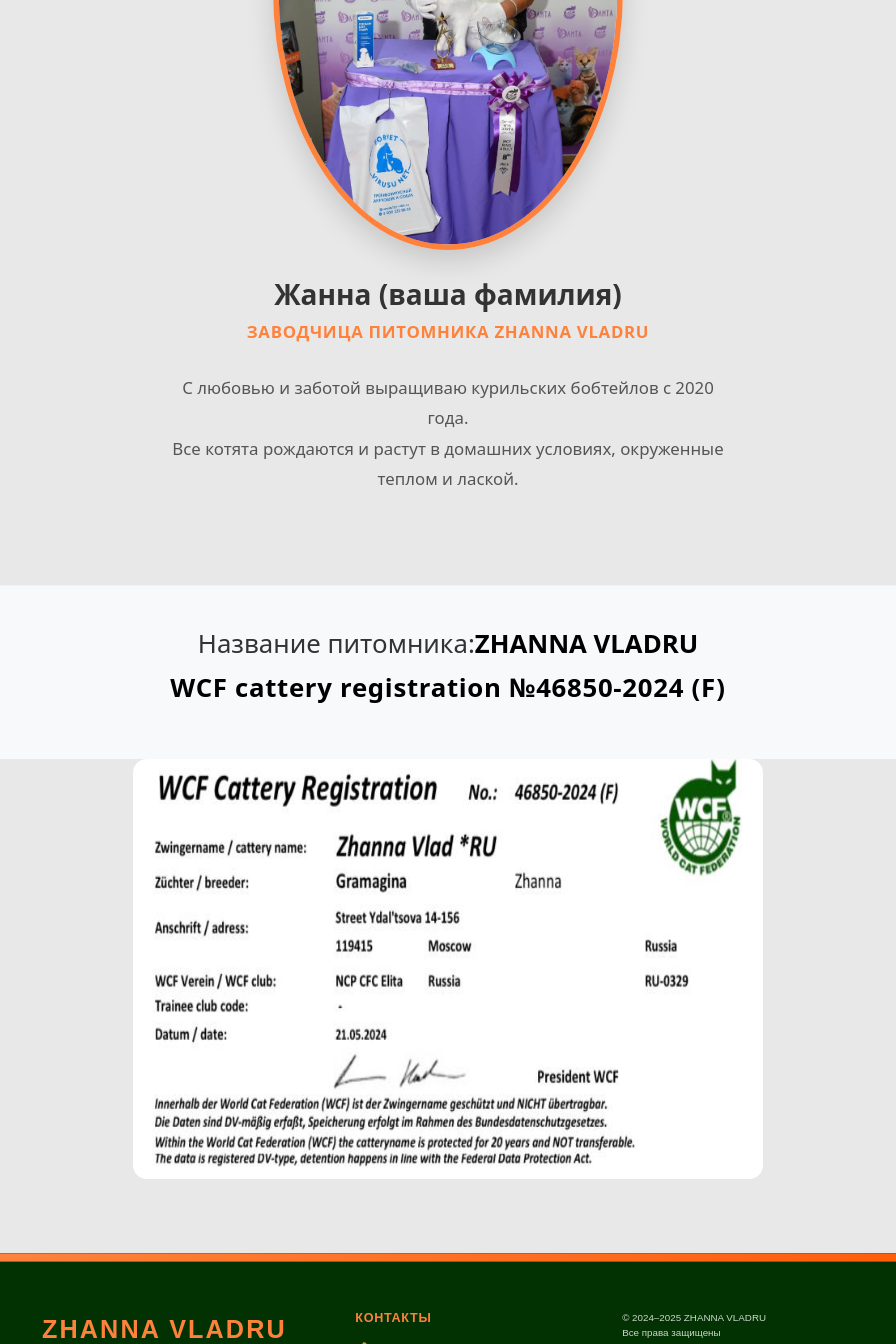
Repository: uliana007/Kuril-bobtails
Page: pages/benefits.html
The author's editor kept a copy of each file at every save. The page is drawn from the files as they stood at one save, then again after the next save.
The browser window is 1280 px wide. The pictures show the part of the page from y = 655 to 2575 px (the page is 2949 px tall), at 70% of full size.
A picture or video elsewhere on the page could not be fetched, so the positions and the page height are approximate.

Above is the page before, as saved 2025-11-27 19:22:08.
Console error: TypeError: Cannot read properties of null (reading 'addEventListener')

After the next save:
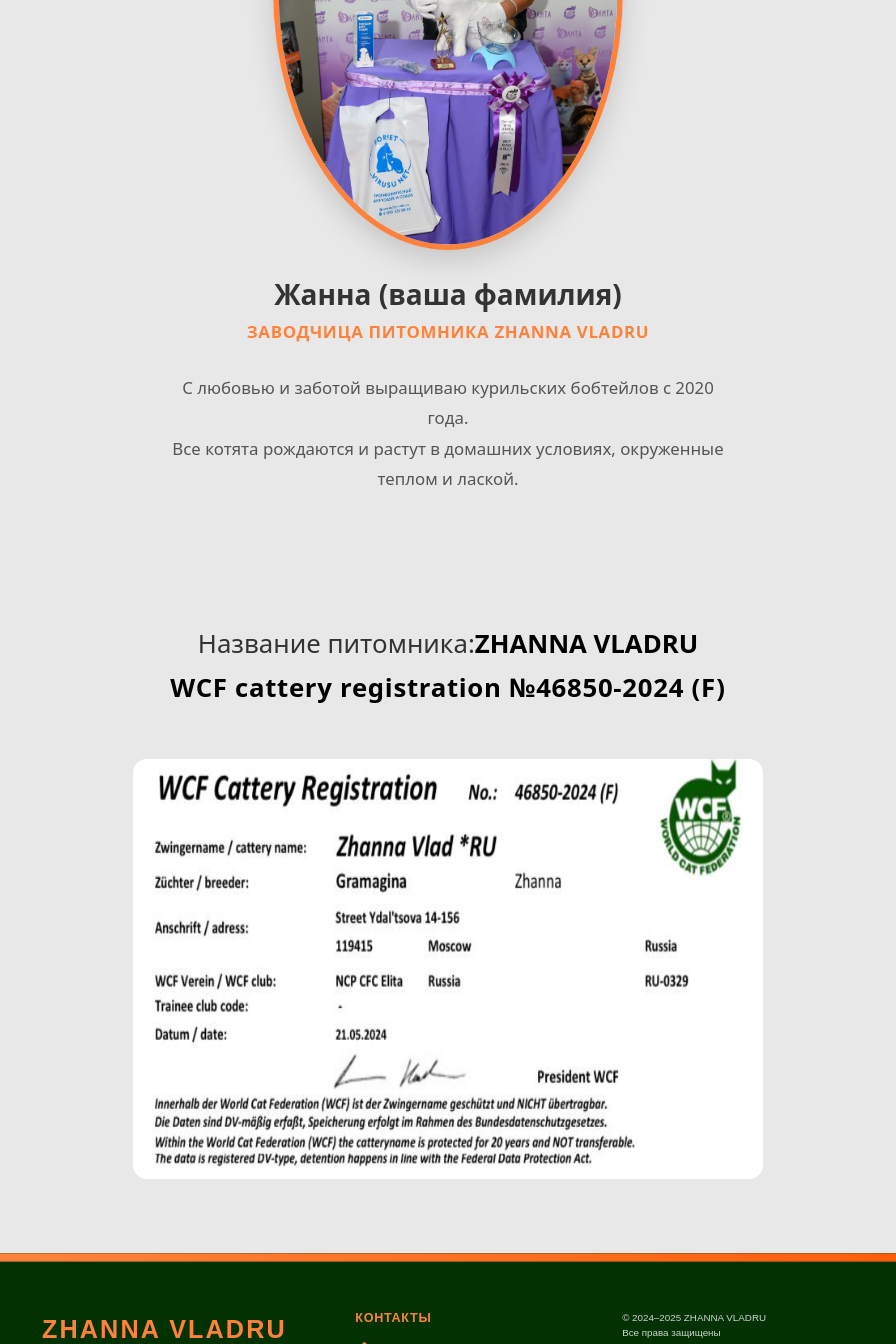
Saved 22 s later.
--- a/style/benefits.css
+++ b/style/benefits.css
@@ -7,7 +7,6 @@
 /* Уникальная секция с информацией о питомнике */
 .cattery-info-section {
     padding: 60px 20px;
-    background-color: #f8f9fa;
     text-align: center;
 }
 
